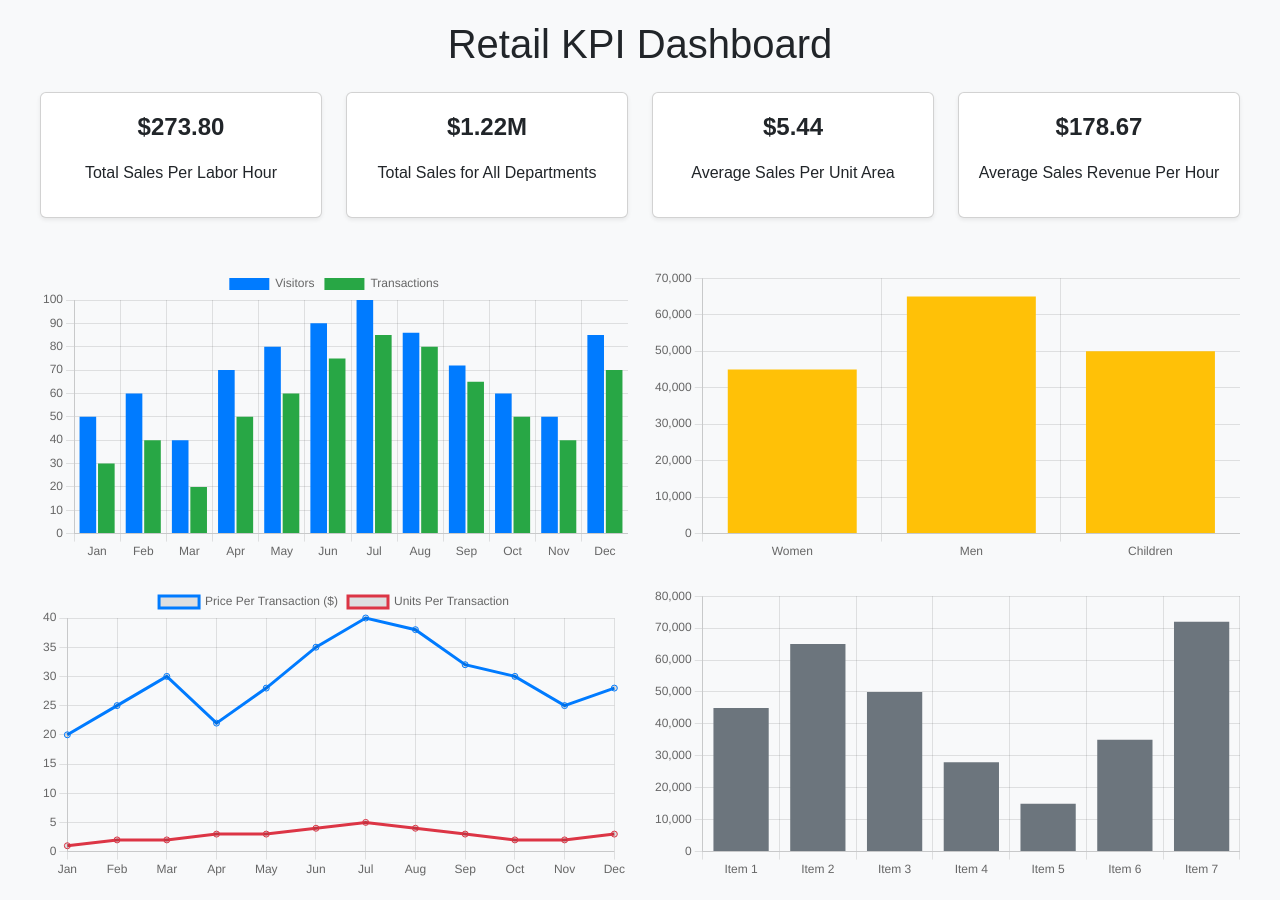
Repository: aya7abbal/CCProject
Page: templates/dashboard.html
These files come from the project's save history. The page is drawn as it stood at one moment and after the next save; the edit follows.
The browser window is 1280 px wide. The pictures show the whole page.
The template is drawn by Flask 3. The application's start-up code is not run. The template is opened directly, without the code that normally fills it, so the values that code supplies are empty.

Above is the page before, as saved 2024-12-09 10:00:55.

After the next save:
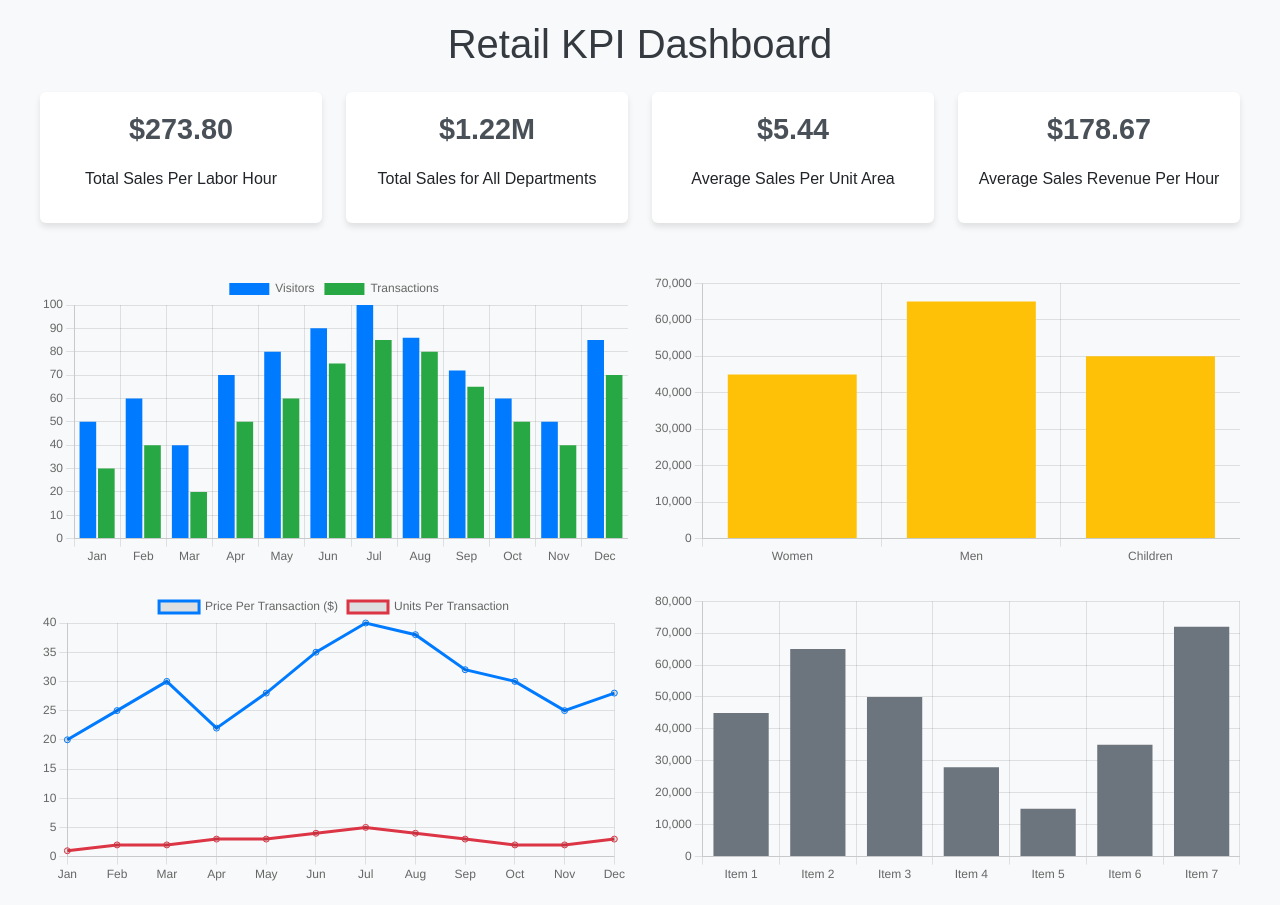
Saved 3 min 1 s later.
--- a/templates/dashboard.html
+++ b/templates/dashboard.html
@@ -12,11 +12,31 @@
   <script src="https://cdn.jsdelivr.net/npm/chart.js"></script>
 
   <style>
-    body { font-family: Arial, sans-serif; background-color: #f8f9fa; margin: 20px; }
-    .card { margin-bottom: 20px; }
-    .dashboard-container { max-width: 1200px; margin: auto; }
-    .chart-container { margin-top: 30px; }
-    .kpi { font-size: 1.5rem; font-weight: bold; }
+    body {
+      font-family: Arial, sans-serif;
+      background-color: #f8f9fa;
+      margin: 20px;
+    }
+    .card {
+      margin-bottom: 20px;
+      border: none;
+      box-shadow: 0 4px 6px rgba(0, 0, 0, 0.1);
+    }
+    .dashboard-container {
+      max-width: 1200px;
+      margin: auto;
+    }
+    .chart-container {
+      margin-top: 30px;
+    }
+    .kpi {
+      font-size: 1.8rem;
+      font-weight: bold;
+      color: #495057;
+    }
+    h1 {
+      color: #343a40;
+    }
   </style>
 </head>
 <body>
@@ -27,7 +47,7 @@
     <!-- KPI Cards -->
     <div class="row text-center">
       <div class="col-md-3">
-        <div class="card shadow-sm">
+        <div class="card">
           <div class="card-body">
             <p class="kpi">$273.80</p>
             <p>Total Sales Per Labor Hour</p>
@@ -35,7 +55,7 @@
         </div>
       </div>
       <div class="col-md-3">
-        <div class="card shadow-sm">
+        <div class="card">
           <div class="card-body">
             <p class="kpi">$1.22M</p>
             <p>Total Sales for All Departments</p>
@@ -43,7 +63,7 @@
         </div>
       </div>
       <div class="col-md-3">
-        <div class="card shadow-sm">
+        <div class="card">
           <div class="card-body">
             <p class="kpi">$5.44</p>
             <p>Average Sales Per Unit Area</p>
@@ -51,7 +71,7 @@
         </div>
       </div>
       <div class="col-md-3">
-        <div class="card shadow-sm">
+        <div class="card">
           <div class="card-body">
             <p class="kpi">$178.67</p>
             <p>Average Sales Revenue Per Hour</p>
